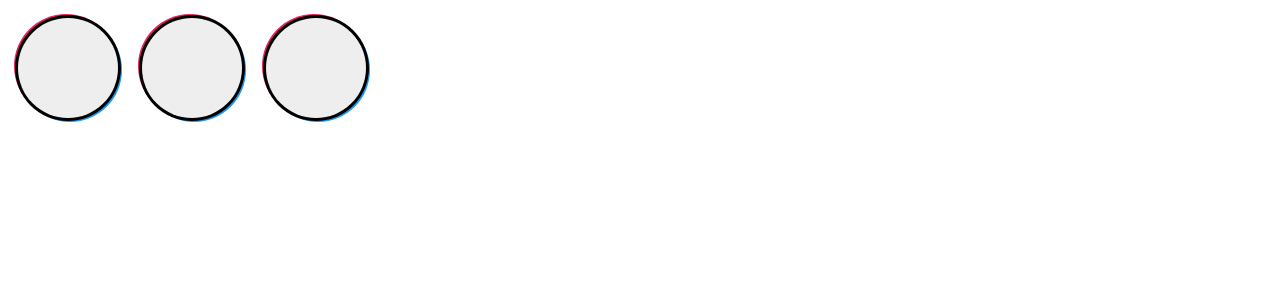
Repository: Body789/CSS_ELZERO
Page: Assignments/Assigmennt_10/Assignment_1/index.html
The author's editor kept a copy of each file at every save. The page is drawn from the files as they stood at one save, then again after the next save.
The browser window is 1280 px wide. The pictures show the whole page.

Above is the page before, as saved 2022-09-18 00:26:12.

### Assignments/Assigmennt_10/Assignment_1/index.html
<!DOCTYPE html>
<html lang="en">
<head>
  <meta charset="UTF-8">
  <title>Ass_10_1</title>
  <link rel="stylesheet" href="Css/style.css">
</head>
<body>
  <div></div>
  <div></div>
  <div></div>
</body>
</html>

### Assignments/Assigmennt_10/Assignment_1/Css/style.css
div {
  box-shadow: 0px 0px 0px 3px black, -2px -2px 0px 2px #e91e63, 2px 2px 0px 2px #2196f3;
  width: 100px;
  height: 100px;
  display: inline-block;
  background-color: #eee;
  border-radius: 50px;
  margin: 10px;
}

After the next save:
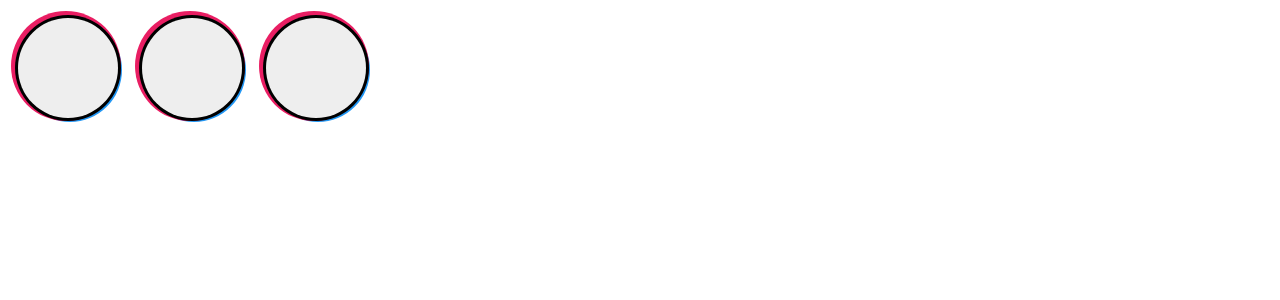
Saved 6 s later.
--- a/Assignments/Assigmennt_10/Assignment_1/Css/style.css
+++ b/Assignments/Assigmennt_10/Assignment_1/Css/style.css
@@ -1,5 +1,5 @@
 div {
-  box-shadow: 0px 0px 0px 3px black, -2px -2px 0px 2px #e91e63, 2px 2px 0px 2px #2196f3;
+  box-shadow: 0px 0px 0px 3px black, -2px -2px 0px 5px #e91e63, 2px 2px 0px 2px #2196f3;
   width: 100px;
   height: 100px;
   display: inline-block;
